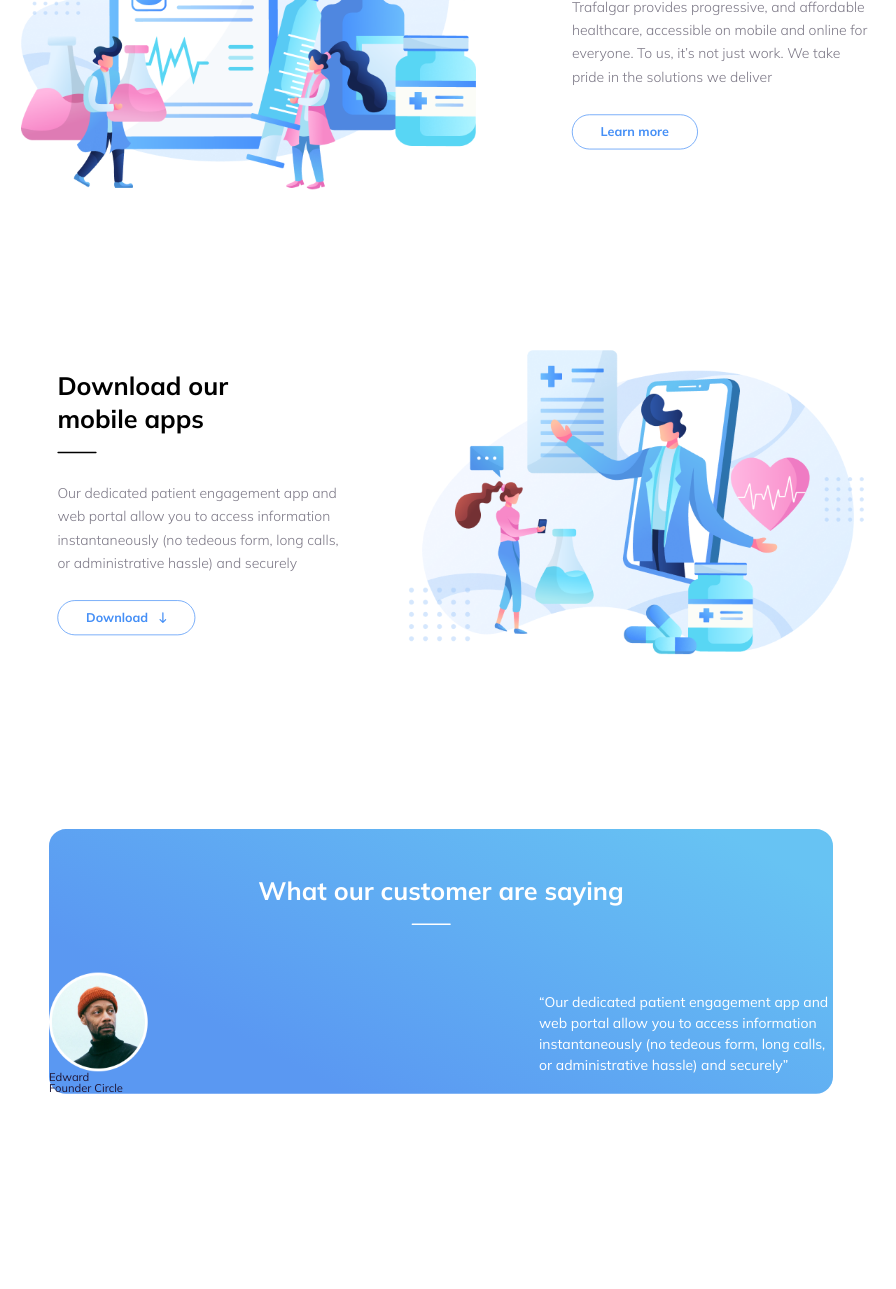
Repository: tungcutte35/Trafalgar
Page: index.html
An editor plug-in stored every save of this project. The page is shown before and after the next save, followed by the edit.
The browser window is 1280 px wide. The pictures show the part of the page from y = 2558 to 4478 px (the page is 4399 px tall before and 4478 px after), at 70% of full size.
The style sheet was rebuilt from its Sass, Less or Tailwind sources for each picture, by a compiler version that may differ from the author's.

Above is the page before, as saved 2021-10-18 00:37:44.

### index.html
<!DOCTYPE html>
<html lang="en">
<head>
  <meta charset="UTF-8">
  <meta http-equiv="X-UA-Compatible" content="IE=edge">
  <meta name="viewport" content="width=device-width, initial-scale=1.0">
  <title>Trafalgar</title>
  <link rel="stylesheet" href="./sass/css/app.css">
  <link rel="preconnect" href="https://fonts.googleapis.com">
  <link rel="preconnect" href="https://fonts.gstatic.com" crossorigin>
  <link href="https://fonts.googleapis.com/css2?family=Mulish:wght@300;400;700&display=swap" rel="stylesheet">
 <link rel="stylesheet" href="./font/fontawesome-free-5.15.4-web/css/all.min.css">
</head>
<body>
  <div class="wrapper">
    <header class="header">
    <div class="container">
      <div class="header-main">
        <img srcset="./Images/logo.png 2x" alt="" class="header-img">
        <ul class="menu">
          <li class="menu-item">
            <a href="#" class="menu-link menu-firsd">Home</a>
          </li>
          <li class="menu-item">
            <a href="#" class="menu-link">Find a doctor</a>
          </li>
          <li class="menu-item">
            <a href="#" class="menu-link">Apps</a>
          </li>
          <li class="menu-item">
            <a href="#" class="menu-link">Testimonials</a>
          </li>
          <li class="menu-item">
            <a href="#" class="menu-link">About us</a>
          </li>
          <li class="menu-log">
            <a href="#" class="button button--outline ">Login</a>
          </li>
          <li class="menu-log">
            <a href="#" class="button button--primary ">Logup</a>
          </li>
        </ul>
      </div>
    </div>
    </header>
    <section class="virtual">
      <div class="container">
        <div class="virtual-main">
          <div class="virtual-firsd">
            <h2 class="virtual-heading">Virtual
              for you</h2>
            <p class="text virtual-content">Trafalgar provides progressive, and affordable healthcare, accessible on mobile and online for everyone</p>
            <a href="#" class="button button--primary">Consult today</a>
          </div>
          <div class="virtual-img">
            <img srcset="./Images/img1.png 2x" alt="" class="virtual-imgs">
          </div>
        </div>
      </div>
    </section>
    <secction class="sevices">
      <div class="container">
        <div class="sevices-header">
          <h3 class="heading sevices-heading">Our services</h3>
          <p class="text sevices-content">We provide to you the best choiches for you. Adjust it to your health needs and make sure your undergo treatment with our highly qualified doctors you can consult with us which type of service is suitable for your health</p>
        </div>
        <div class="sevices-main">
          <div class="sevices-item">
            <div class="sevices-price">
            <img class="sevices-img" srcset="./Images/icon1.png 2x" alt="">
            </div>
            <h4 class="heading sevices-title">Search doctor</h4>
            <p class="text sevices-desc">Choose your doctor from thousands of specialist, general, and trusted hospitals</p>
          </div>
          <div class="sevices-item">
            <div class="sevices-price">
            <img class="sevices-img" srcset="./Images/icon2.png 2x" alt="">
            </div>
            <h4 class="heading sevices-title">Online pharmacy</h4>
            <p class="sevices-desc">Buy  your medicines with our mobile application with a simple delivery system</p>
          </div>
          <div class="sevices-item">
            <div class="sevices-price">
            <img class="text sevices-img" srcset="./Images/icon3.png 2x" alt="">
            </div>
            <h4 class="heading sevices-title">Consultation</h4>
            <p class="sevices-desc">Free consultation with our trusted doctors and get the best recomendations</p>
          </div>
          <div class="sevices-item">
            <div class="sevices-price">
            <img class="sevices-img" srcset="./Images/icon4.png 2x" alt="">
            </div>
            <h4 class="heading sevices-title">Details info</h4>
            <p class="text sevices-desc">Free consultation with our trusted doctors and get the best recomendations</p>
          </div>
          <div class="sevices-item">
            <div class="sevices-price">
            <img class="sevices-img" srcset="./Images/icon5.png 2x" alt="">
            </div>
            <h4 class="heading sevices-title">Emergency care</h4>
            <p class="text sevices-desc">You can get 24/7 urgent care for yourself or your children and your lovely family</p>
          </div>
          <div class="sevices-item">
            <div class="sevices-price">
            <img class="sevices-img" srcset="./Images/icon6.png 2x" alt="">
            </div>
            <h4 class="heading sevices-title">Tracking</h4>
            <p class="text sevices-desc">Track and save your medical history and health data </p>
          </div>
        </div>
        <a href="" class="button button--outline sevices-more">Learn more</a>
      </div>
    </secction>
    <section class="lead">
      <div class="container">
        <div class="lead-main">
          <div class="lead-img">
            <img srcset="./Images/img2.png 2x" alt="">
          </div>
          <div class="lead-firsd">
            <h3 class="heading lead-heading">
              Leading healthcare providers
            </h3>
          <div class="lead-title">
            <p class="text lead-content">
              Trafalgar provides progressive, and affordable healthcare, accessible on mobile and online for everyone. To us, it’s not just work. We take pride in the solutions we deliver
            </p>
          </div>
            <a href="#" class="button button--outline">Learn more</a>
          </div>


        </div>
      </div>
    </section>
    <section class="download">
      <div class="container">
        <div class="download-main">
          <div class="dowload-firds">
            <h3 class="heading download-heading">
              Download our mobile apps
            </h3>
            <p class="text download-content">
              Our dedicated patient engagement app and web portal allow you to access information instantaneously (no tedeous form, long calls, or administrative hassle) and securely
            </p>
            <a href="#" class="button button--outline">
              <span>Download</span>
              <img class="download-icon" src="./Images/Bottom.svg" alt="">
            </a>
          </div>
          <img srcset="./Images/img3.png 2x" alt="" class="download-img">
        </div>
      </div>
    </section>
    <section class="customer">
      <div class="container">
        <div class="customer-main">
          <div class="customer-firds">
            <h3 class="heading customer-heading">
              What our customer are saying
            </h3>
          </div>
          <div class="customer-seconds">
            <div class="customer-name">
              <img class="customer-img" srcset="./Images/avt.png 2x" alt="">
              <span>
                Edward
                Founder Circle
              </span>
            </div>
            <div class="customer-desc">
              <p class="customer-content">
                “Our dedicated patient engagement app and web portal allow you to access information instantaneously (no tedeous form, long calls, or administrative hassle) and securely”
              </p>
            </div>
          </div>
        </div>
      </div>
    </section>
  </div>
<!-- sass app.scss css/app.css --watch -->

</body>
</html>

### sass/app.scss
@import "reset";
@import "variables";
@import "global";
@import "header";
@import "./menu";
@import "./virtual";
@import "./sevices";
@import "./lead";
@import "./download";
@import "./customer";

### sass/_variables.scss
$font: "Mulish", sans-serif;
$gray: #1f1534;
$heading-color: #000000;
$primary-color: #458ff6;
$footer-color: #fff;
$text-color: #7d7987;

### sass/_global.scss
.wrapper {
  max-width: 1600px;
  margin: 0 auto;
}
.container {
  max-width: 1260px;
  margin: 0 auto;
  padding: 0 20px;
}
body {
  font-family: $font;
  line-height: 1;
  font-size: 16px;
  color: $gray;
}
ul {
  list-style-type: none;
}
.button {
  display: inline-flex;
  justify-content: center;
  align-items: center;
  font-size: 18px;
  font-weight: 700;
  height: 50px;
  padding: 0 40px;
  border-radius: 55px;
  background-color: transparent;
  border: 0;
  outline: none;
  cursor: pointer;
  &--primary {
    color: #fff;
    background-color: $primary-color;
  }
  &--outline {
    color: $primary-color;
    border: 1.4px solid $primary-color;
  }
}
.heading {
  color: black;
  font-weight: 700;
}
.text {
  font-size: 18px;
  font-weight: 300;
  color: $text-color;
  line-height: calc(30 / 18);
}

### sass/_header.scss
.header {
  padding-top: 56px;
  margin-bottom: 70px;
  &-main {
    display: flex;
    justify-content: space-between;
    align-items: center;
  }
  &-log {
    display: flex;
    justify-content: space-between;
    align-items: center;
    gap: 0 40px;
  }
}

### sass/_menu.scss
.menu {
  display: flex;
  align-items: center;
  gap: 0 30px;
  &-link {
    color: #8f8a9a;
    font-size: 18px;
  }
  &-firsd {
    color: $gray;
    font-weight: 700;
  }
  &-link:after {
    display: block;
    content: "";
    border-bottom: solid 2px $primary-color;
    transform: scaleX(0);
    transition: transform 250ms ease-in-out;
  }
  &-link:hover:after {
    transform: scaleX(1);
  }
  &-link:hover {
    color: $primary-color;
  }
}

### sass/_virtual.scss
.virtual {
  margin-bottom: 175px;
  &-main {
    display: flex;
    justify-content: space-between;
    align-items: center;
  }
  &-firsd {
    width: 100%;
    max-width: 445px;
    padding-right: 2px;
  }
  &-heading {
    font-size: 48px;
    width: 100%;
    max-width: 197px;
    line-height: calc(56 / 48);
    margin-bottom: 25px;
  }
  &-content {
    font-size: 21px;
    font-weight: 300;
    line-height: calc(32 / 21);
    margin-bottom: 45px;
  }
}

### sass/_sevices.scss
.sevices {
  &-header {
    max-width: 952px;
    margin: 0 auto 35px;
    text-align: center;
  }
  &-heading {
    font-size: 36px;
    line-height: calc(56 / 36);
    position: relative;
    &::after {
      content: "";
      position: absolute;
      bottom: -23px;
      left: 47%;
      width: 56px;
      height: 2px;
      background-color: black;
    }
  }
  &-content {
    display: flex;
    align-items: center;
    justify-content: center;
    margin-top: 50px;
  }
  &-main {
    display: grid;
    grid-template-columns: repeat(3, 1fr);
    grid-gap: 37px 34px;
    max-width: 1120px;
    margin: 35px 40px;
    position: relative;
  }
  &-item {
    height: 350px;
    background-color: #fff;
    border-radius: 20px;
    box-shadow: 10px 40px 50px rgba(229, 233, 246, 0.4);
  }
  &-img {
    padding: 54px 0 23px 37px;
  }
  &-title {
    font-size: 24px;
    padding: 0 0 1px 38px;
  }
  &-desc {
    font-size: 16px;
    font-weight: 300;
    line-height: calc(28 / 16);
    max-width: 266px;
    margin-left: 38px;
  }
  &-price {
    height: 170px;
    width: auto;
  }
  &-more {
    margin: 190px 0;
    margin-left: 42%;
  }
}

### sass/_lead.scss
.lead {
  margin-bottom: 230px;
  &-main {
    display: flex;
    justify-content: space-between;
    align-items: center;
    gap: 0 137px;
  }
  &-img {
    width: 100%;
    max-width: 650px;
  }
  &-firsd {
    max-width: 486px;
    margin-top: -30px;
  }
  &-heading {
    font-size: 36px;
    line-height: calc(56 / 36);
    margin-bottom: 60px;
    position: relative;

    &::after {
      content: "";
      position: absolute;
      width: 56px;
      height: 3px;
      bottom: -26px;
      left: 0;
      border-radius: 10px;
      background-color: black;
    }
  }
  &-content {
    max-width: 430px;
    height: auto;
    font-size: 20px;
    line-height: calc(30 / 18);
    margin-bottom: 37px;
  }
}

### sass/_download.scss
.download {
  margin-bottom: 250px;
  margin-left: 62px;
  &-main {
    display: flex;
    justify-content: space-between;
    align-items: center;
    gap: 0 71px;
    width: 100%;
    max-width: 1156px;
    position: relative;
  }
  &-firsd {
    max-width: 420px;
    padding-left: 145px;
  }
  &-heading {
    max-width: 254px;
    font-size: 36px;
    line-height: calc(47 / 36);
    padding-bottom: 66px;
    position: relative;
    &::after {
      content: "";
      position: absolute;
      width: 56px;
      height: 2px;
      bottom: 40px;
      left: 0;
      border-radius: 6px;
      background-color: black;
    }
  }
  &-content {
    max-width: 410px;
    font-size: 20px;
    line-height: calc(30 / 18);
    margin-bottom: 37px;
  }
  &-icon {
    padding-left: 15px;
  }
}

### sass/_customer.scss
.customer {
  margin-bottom: 278px;
  &-main {
    max-width: 1120px;
    margin-left: 40px;
    background: linear-gradient(208.18deg, #67c3f3 9.05%, #5a98f2 76.74%);
    border-radius: 24px;
  }
  &-firds {
    display: flex;
    align-items: center;
    justify-content: center;
  }
  &-heading {
    max-width: 522px;
    font-size: 36px;
    color: white;
    line-height: calc(48 / 36);
    margin-top: 64px;
    position: relative;
    margin-bottom: 93px;
    &::after {
      content: "";
      position: absolute;
      bottom: -25px;
      left: 42%;
      width: 56px;
      height: 2px;
      background-color: white;
      border-radius: 6px;
    }
  }
  &-seconds {
    display: flex;
    justify-content: space-between;
    align-items: center;
    gap: 0 175px;
    margin-bottom: 79px;
  }
  &-img {
    max-width: 141px;
    height: 141px;
  }
  &-name {
    max-width: 119px;
  }
  &-content {
    width: 100%;
    max-width: 420px;
    font-size: 20px;
    line-height: calc(30 / 20);
    color: white;
  }
}

Loaded but not shown: font/fontawesome-free-5.15.4-web/css/all.min.css (library); sass/_reset.scss (common file)

After the next save:
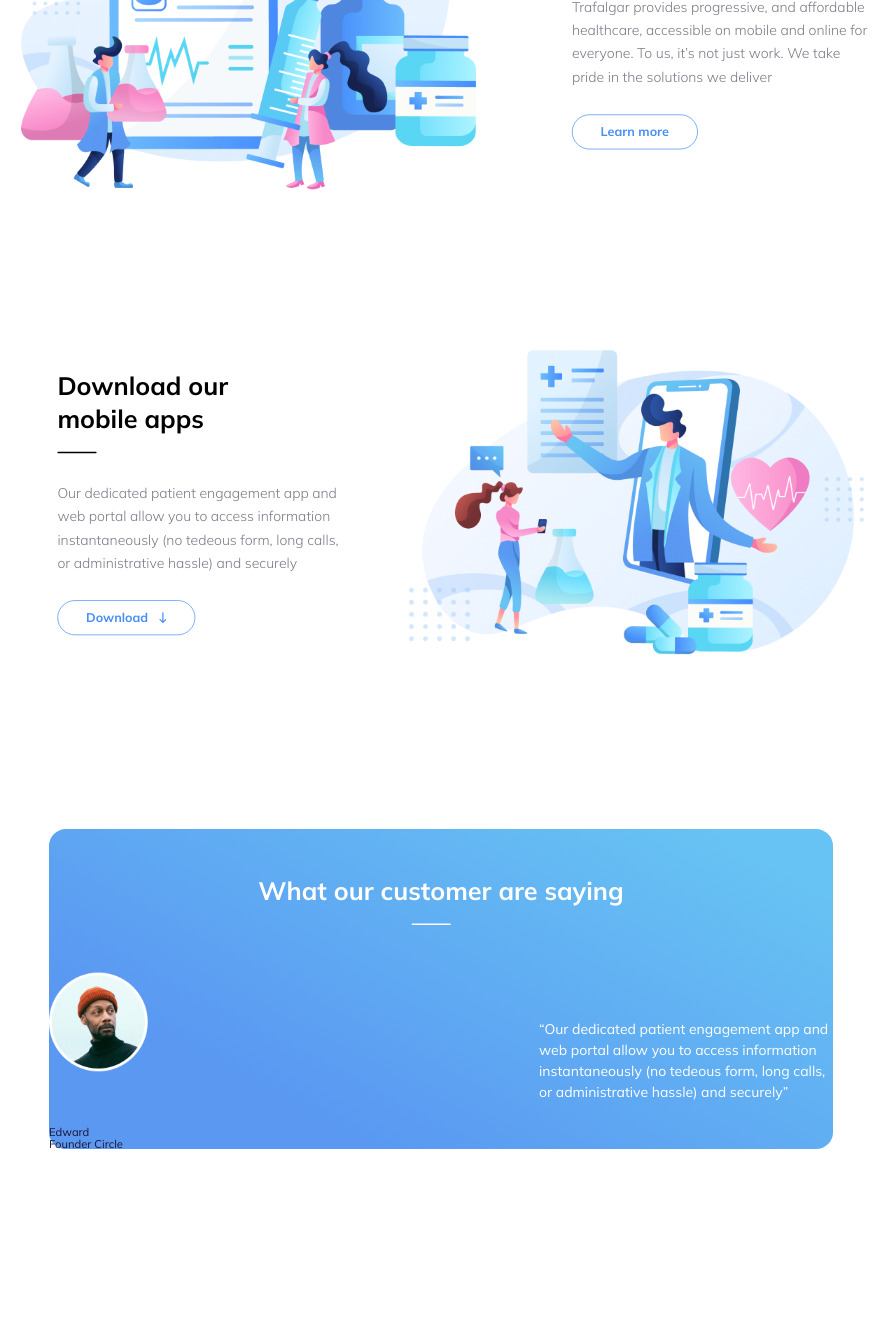
Saved 14 s later.
--- a/sass/_customer.scss
+++ b/sass/_customer.scss
@@ -35,11 +35,11 @@
     justify-content: space-between;
     align-items: center;
     gap: 0 175px;
-    margin-bottom: 79px;
   }
   &-img {
     max-width: 141px;
     height: 141px;
+    margin-bottom: 79px;
   }
   &-name {
     max-width: 119px;
